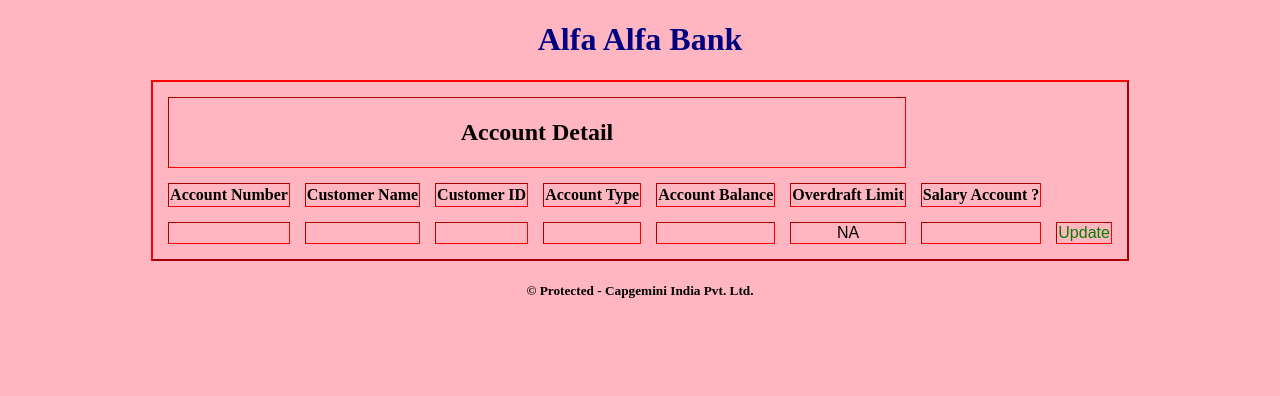
Repository: Rccalfa123/OnlineBankingApp
Page: http://localhost/AlfaAlfaBankApp/viewAccount.jsp
An editor plug-in stored every save of this project. The page is shown before and after the next save, followed by the edit.
The browser window is 1280 px wide. The pictures show the whole page.
The page is served by Tomcat 9. Other server files are loaded and not shown. The template is opened directly, without the code that normally fills it, so the values that code supplies are empty.

Above is the page before, as saved 2018-08-13 07:59:55.

### AlfaAlfaBankApp/WebContent/viewAccount.jsp
<%@ page language="java" contentType="text/html; charset=ISO-8859-1"
	pageEncoding="ISO-8859-1"%>
<%@taglib prefix="alfa" uri="http://java.sun.com/jsp/jstl/core"%>

<!DOCTYPE html>
<html>
<head>
<link rel="stylesheet" type="text/css" href="mystyle.css">
<meta charset="ISO-8859-1">
<title>Insert title here</title>
</head>
<body>

	<jsp:include page="header.jsp"></jsp:include>

	<form action="home.jsp" method="get">

		<div>
			<table cellspacing="15" align="center" border="2">
				<tr>
					<th colspan="6" height="35"><h2>Account Detail</h2></th>
				</tr>
				<tr>
					<th height="20">Account Number</th>
					<th height="20">Customer Name</th>
					<th height="20">Customer ID</th>
					<th height="20">Account Type</th>
					<th height="20">Account Balance</th>
					<th height="20">Overdraft Limit</th>
					<th height="20">Salary Account ?</th>
				</tr>
				<tr>
					<td align="center">${sessionScope.createdbankAccount.accountNumber}</td>
					<td align="center">${sessionScope.createdbankAccount.accountHolder.customerName}</td>
					<td align="center">${sessionScope.createdbankAccount.accountHolder.customerId}</td>
					<td align="center">${sessionScope.createdbankAccount.accountType}</td>
					<td align="center">${sessionScope.createdbankAccount.accountBalance}</td>

					<alfa:choose>
						<alfa:when
							test='${sessionScope.createdbankAccount.accountType.equals("currentAccount")}'>
							<td align="center">${sessionScope.createdbankAccount.odLimit}</td>
							<td align="center">NA</td>
						</alfa:when>
						<alfa:otherwise>
							<td align="center">NA</td>
							<td align="center">${sessionScope.createdbankAccount.salary}</td>
						</alfa:otherwise>
					</alfa:choose>
					<td align="center" colspan="2"><a
						href="removenew.app?bookId=${booksInCart.bookObject.bookId}">
							Update </a></td>
				</tr>

			</table>
		</div>

	</form>
	<jsp:include page="footer.html"></jsp:include>


</body>
</html>

### AlfaAlfaBankApp/WebContent/header.jsp
<%@taglib prefix="jstl" uri="http://java.sun.com/jsp/jstl/core" %>
<div align="center">
	<h1>Alfa Alfa Bank</h1>
</div>

### AlfaAlfaBankApp/WebContent/footer.html
<div align="center">
<h5>&copy; Protected - Capgemini India Pvt. Ltd.</h5>
</div>

### AlfaAlfaBankApp/WebContent/mystyle.css
@charset "ISO-8859-1";

body {
    background-color: lightpink;
}

h1 {
    color: navy;
}

td{

 font-family: sans-serif;

}

table {
	border-color: red;
	border-right: 2px 2px 2px 2px ;
}

a{
	text-decoration: none;
	color: green;
}

After the next save:
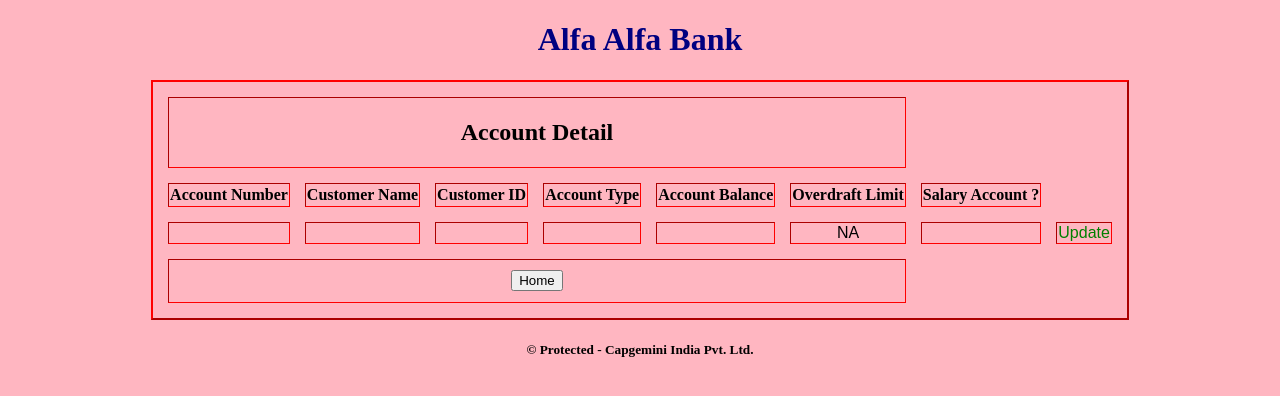
Saved 40 s later.
--- a/AlfaAlfaBankApp/WebContent/viewAccount.jsp
+++ b/AlfaAlfaBankApp/WebContent/viewAccount.jsp
@@ -51,6 +51,9 @@
 						href="removenew.app?bookId=${booksInCart.bookObject.bookId}">
 							Update </a></td>
 				</tr>
+            		<tr>
+						<th colspan="6"  height="40"><input type="submit" value="Home"></th>
+					</tr>
 
 			</table>
 		</div>
